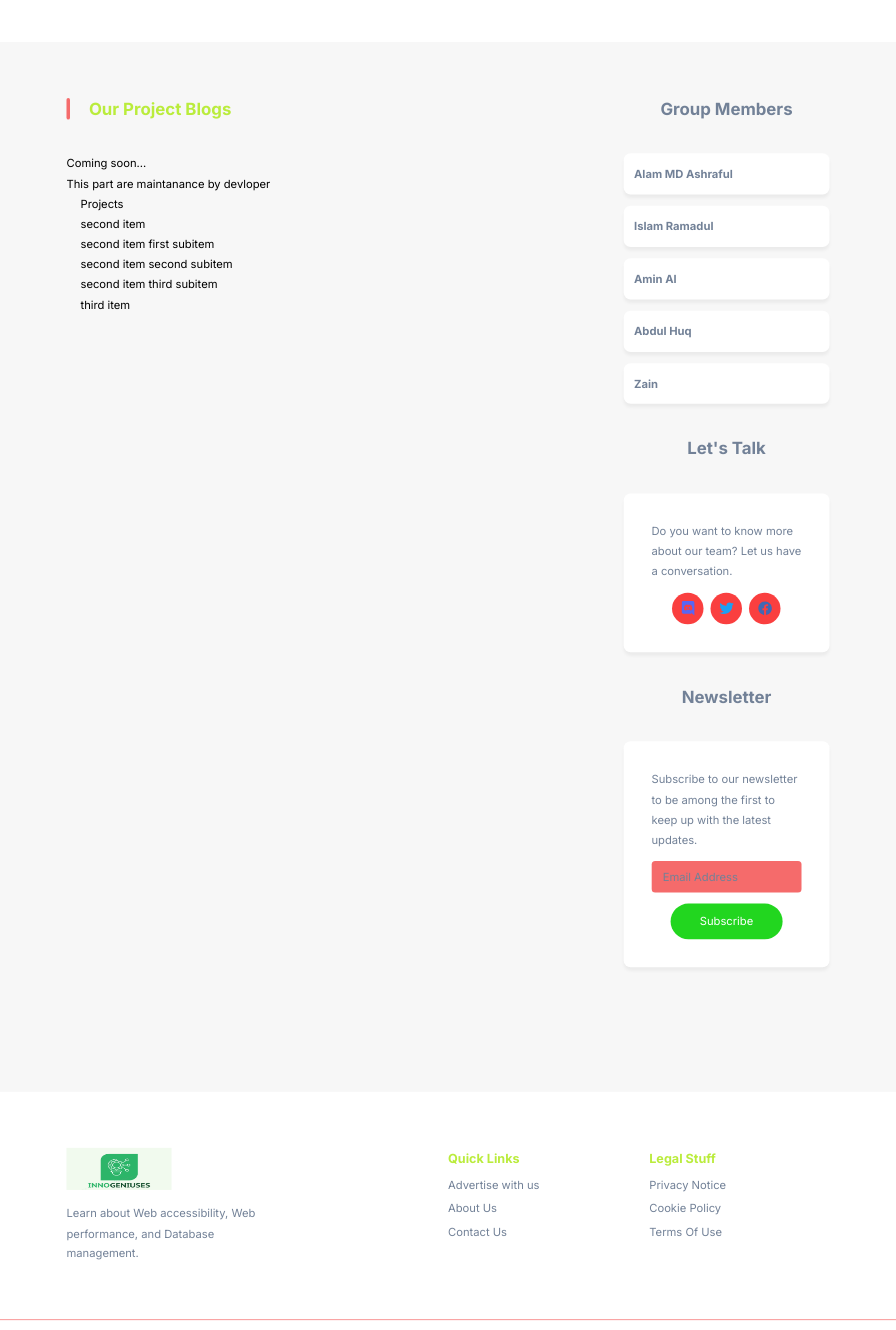
Repository: ramizraaz/zjuTeam
Page: index.html
The author's editor kept a copy of each file at every save. The page is drawn from the files as they stood at one save, then again after the next save.
The browser window is 1280 px wide. The pictures show the part of the page from y = 557 to 2457 px (the page is 2500 px tall), at 70% of full size.
A picture or video elsewhere on the page could not be fetched, so the positions and the page height are approximate.

Above is the page before, as saved 2023-10-23 02:54:35.

After the next save:
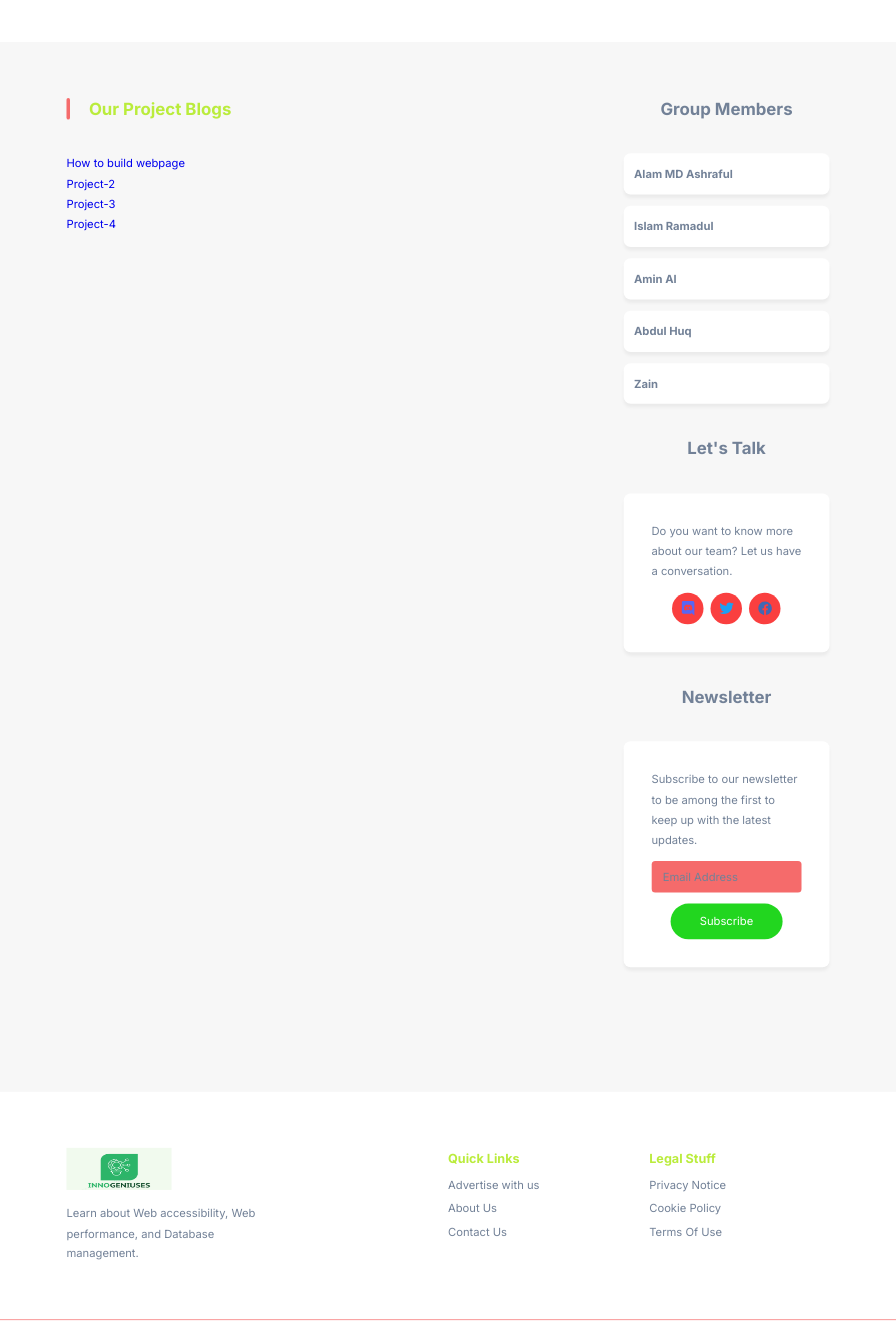
Saved 58 s later.
--- a/index.html
+++ b/index.html
@@ -165,21 +165,14 @@ custom css link
                 <div class="blog">
 
                     <h2 class="h2">Our Project Blogs</h2>
-                    <p>Coming soon... <br> This part are maintanance by devloper</p>
-                    <ol>
-                        <li>Projects</li>
-                        <li>
-                            second item
-                            <!-- closing </li> tag is not here! -->
-                            <ol>
-                                <li>second item first subitem</li>
-                                <li>second item second subitem</li>
-                                <li>second item third subitem</li>
-                            </ol>
-                        </li>
-                        <!-- Here's the closing </li> tag -->
-                        <li>third item</li>
-                    </ol>
+                    <div class="sidebar">
+                        <ul>
+                            <li><a href="#">How to build webpage</a></li>
+                            <li><a href="#">Project-2</a></li>
+                            <li><a href="#">Project-3</a></li>
+                            <li><a href="#">Project-4</a></li>
+                        </ul>
+                    </div>
 
                 </div>
 
